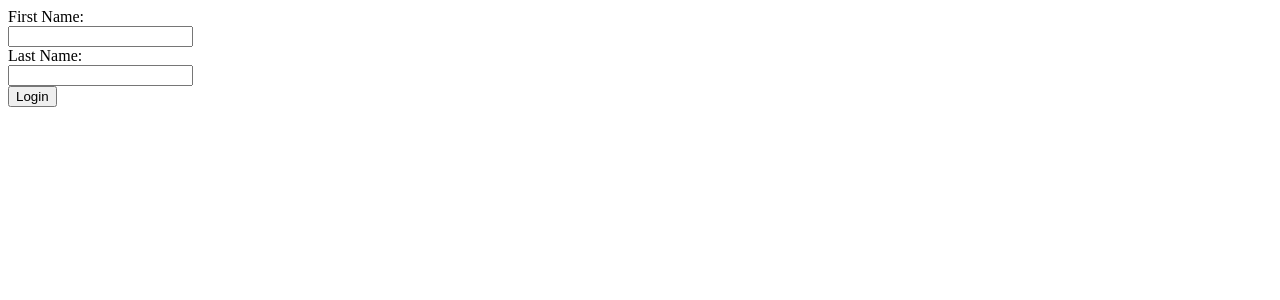
Repository: niksm96/ServletPro
Page: LoginRegistrationApp/WebContent/Index2.html
The author's editor kept a copy of each file at every save. The page is drawn from the files as they stood at one save, then again after the next save.
The browser window is 1280 px wide. The pictures show the whole page.

Above is the page before, as saved 2019-01-22 07:54:50.

### LoginRegistrationApp/WebContent/Index2.html
<!DOCTYPE html>
<html>
<head>
<meta charset="UTF-8">
<title>Insert title here</title>
</head>
<body>
<form action="login" method="post">
First Name:<br>
<input type="text" name="firstName"><br>
Last Name:<br>
<input type="text" name="lastName"><br>
<button type="submit" value="login">Login</button>
</form>
</body>
</html>

After the next save:
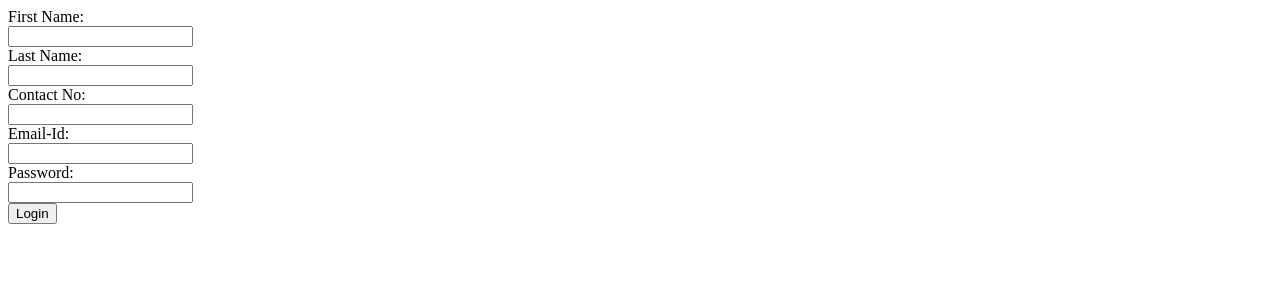
Saved 113 s later.
--- a/LoginRegistrationApp/WebContent/Index2.html
+++ b/LoginRegistrationApp/WebContent/Index2.html
@@ -10,6 +10,12 @@ First Name:<br>
 <input type="text" name="firstName"><br>
 Last Name:<br>
 <input type="text" name="lastName"><br>
+Contact No:<br>
+<input type="text" name="contact"><br>
+Email-Id:<br>
+<input type="text" name="emailId"><br>
+Password:<br>
+<input type="text" name="password"><br>
 <button type="submit" value="login">Login</button>
 </form>
 </body>
